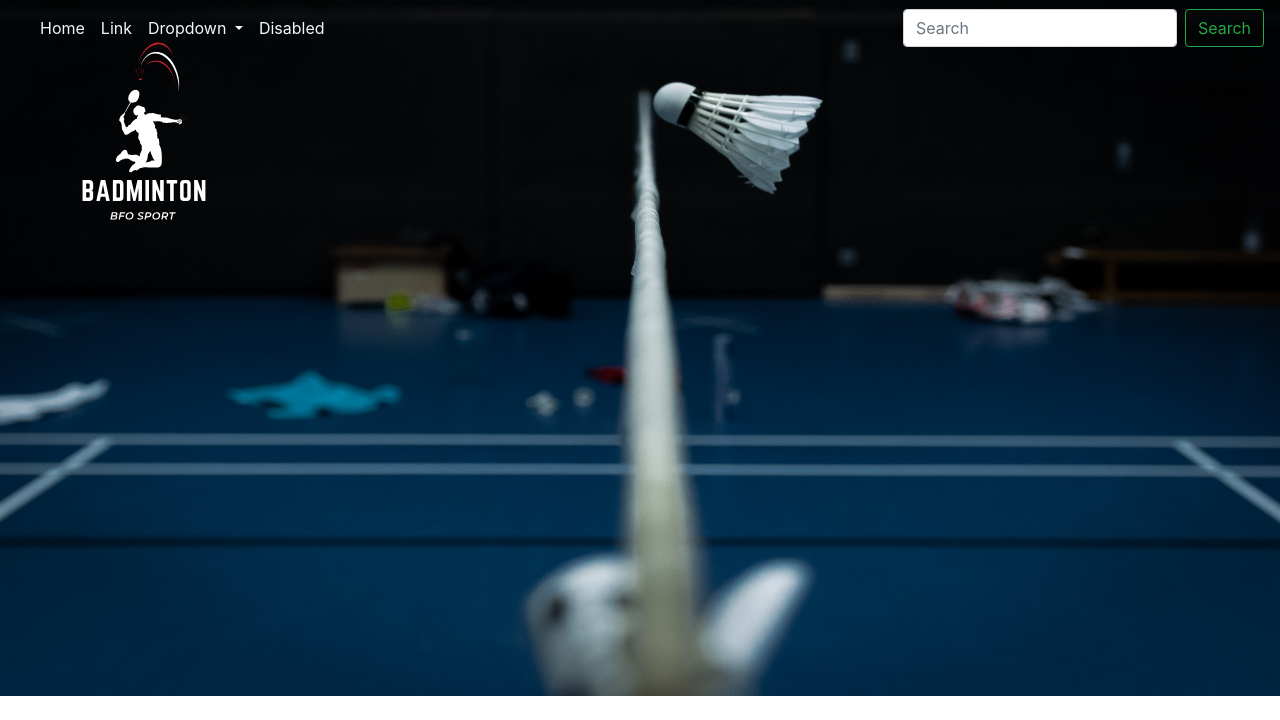
Repository: tsthuy/Badminton
Page: index.html
The author's editor kept a copy of each file at every save. The page is drawn from the files as they stood at one save, then again after the next save.
The browser window is 1280 px wide. The pictures show the whole page.
Some web libraries are served in a nearby version.

Above is the page before, as saved 2023-10-13 20:21:42.

### index.html
<!DOCTYPE html>
<html lang="en">
<head>
    <meta charset="UTF-8">
    <meta name="viewport" content="width=device-width, initial-scale=1.0">
    <link rel="stylesheet" href="https://cdn.jsdelivr.net/npm/bootstrap@4.0.0/dist/css/bootstrap.min.css" integrity="sha384-Gn5384xqQ1aoWXA+058RXPxPg6fy4IWvTNh0E263XmFcJlSAwiGgFAW/dAiS6JXm" crossorigin="anonymous">
    <link rel="stylesheet" href="main.css">

    <title>Badminton</title>
</head>
<body>

<nav class="navbar navbar-expand-lg navbar-light bg-light " style="background-color: transparent !important;
">
  <a style="color: aliceblue;" class="navbar-brand" href="#">

        <img class="logo" src="./Image/sport center (1).svg" />


  </a>
  <button class="navbar-toggler" type="button" data-toggle="collapse" data-target="#navbarSupportedContent" aria-controls="navbarSupportedContent" aria-expanded="false" aria-label="Toggle navigation">
    <span class="navbar-toggler-icon"></span>
  </button>

  <div class="collapse navbar-collapse" id="navbarSupportedContent">
    <ul class="navbar-nav mr-auto">
      <li class="nav-item active">
        <a style="color: aliceblue;" class="nav-link" href="#">Home <span class="sr-only">(current)</span></a>
      </li>
      <li class="nav-item">
        <a style="color: aliceblue;" class="nav-link" href="#">Link</a>
      </li>
      <li class="nav-item dropdown">
        <a style="color: aliceblue;" class="nav-link dropdown-toggle" href="#" id="navbarDropdown" role="button" data-toggle="dropdown" aria-haspopup="true" aria-expanded="false">
          Dropdown
        </a>
        <div style="color: aliceblue;" class="dropdown-menu" aria-labelledby="navbarDropdown">
          <a class="dropdown-item" href="#">Action</a>
          <a class="dropdown-item" href="#">Another action</a>
          <div class="dropdown-divider"></div>
          <a class="dropdown-item" href="#">Something else here</a>
        </div>
      </li>
      <li class="nav-item">
        <a style="color: aliceblue;" class="nav-link disabled" href="#">Disabled</a>
      </li>
    </ul>
    <form class="form-inline my-2 my-lg-0">
      <input class="form-control mr-sm-2" type="search" placeholder="Search" aria-label="Search">
      <button class="btn btn-outline-success my-2 my-sm-0" type="submit">Search</button>
    </form>
  </div>
</nav>
   <div class="background_cover">

    <img class="bg_img" src="./Image/stephan-rothe-VePgmkq3hHI-unsplash.jpg" alt="" style=" margin-top: -80px; height: 100vh; width: 100%;">
   </div>

</body>

<script src="https://code.jquery.com/jquery-3.2.1.slim.min.js" integrity="sha384-KJ3o2DKtIkvYIK3UENzmM7KCkRr/rE9/Qpg6aAZGJwFDMVNA/GpGFF93hXpG5KkN" crossorigin="anonymous"></script>
<script src="https://cdn.jsdelivr.net/npm/popper.js@1.12.9/dist/umd/popper.min.js" integrity="sha384-ApNbgh9B+Y1QKtv3Rn7W3mgPxhU9K/ScQsAP7hUibX39j7fakFPskvXusvfa0b4Q" crossorigin="anonymous"></script>
<script src="https://cdn.jsdelivr.net/npm/bootstrap@4.0.0/dist/js/bootstrap.min.js" integrity="sha384-JZR6Spejh4U02d8jOt6vLEHfe/JQGiRRSQQxSfFWpi1MquVdAyjUar5+76PVCmYl" crossorigin="anonymous"></script>
    </script>
</html>

### main.css
.logo
{
    width: 300px;
   position: absolute;
   left: -6px;
   top: 0;
}

After the next save:
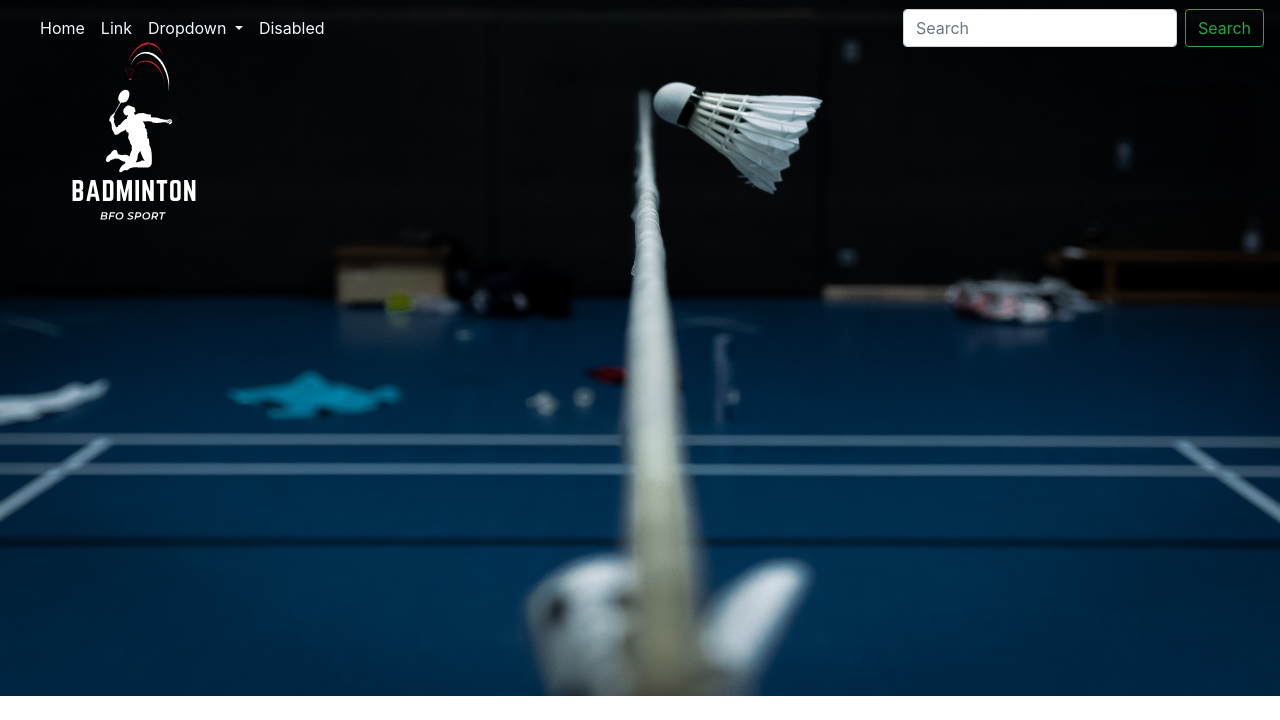
Saved 7 s later.
--- a/main.css
+++ b/main.css
@@ -2,6 +2,6 @@
 {
     width: 300px;
    position: absolute;
-   left: -6px;
+   left: -16px;
    top: 0;
 }
